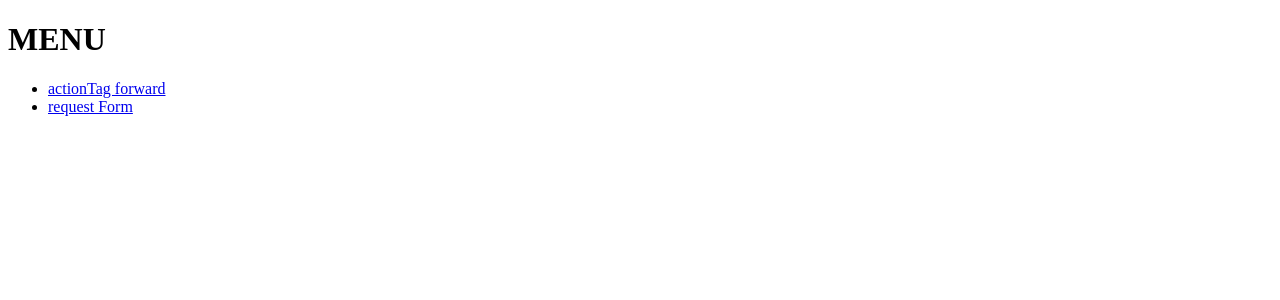
Repository: hhw9797/bitcampjn201904
Page: html/html5/jsp/FirstWeb/WebContent/index.html
These files come from the project's save history. The page is drawn as it stood at one moment and after the next save; the edit follows.
The browser window is 1280 px wide. The pictures show the whole page.

Above is the page before, as saved 2019-06-20 07:14:52.

### html/html5/jsp/FirstWeb/WebContent/index.html
<!DOCTYPE html>
<html>
<head>
<meta charset="UTF-8">
<title>혜오니의 페이지</title>
<!-- jQuery CDN 1.12.4 -->
<script src="https://code.jquery.com/jquery-1.12.4.js"></script>


<!-- 스타일 시작 -->
<style>

</style>
<!-- 스타일 끝 -->

</head>
<body>
	<h1>MENU</h1>
	<ul>

		<li><a href="actiontag/select.jsp">actionTag forward</a>
		<li><a href="request/form.jsp">request Form</a>
	</ul>
</body>
</html>

After the next save:
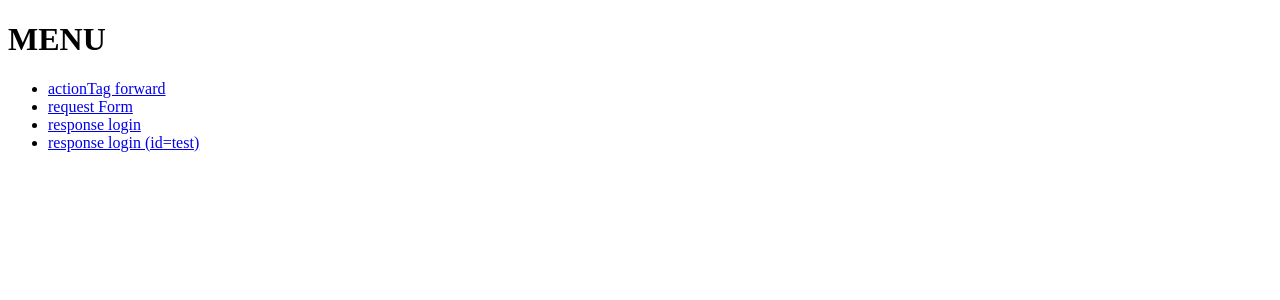
Saved 81 s later.
--- a/html/html5/jsp/FirstWeb/WebContent/index.html
+++ b/html/html5/jsp/FirstWeb/WebContent/index.html
@@ -18,8 +18,10 @@
 	<h1>MENU</h1>
 	<ul>
 
-		<li><a href="actiontag/select.jsp">actionTag forward</a>
-		<li><a href="request/form.jsp">request Form</a>
+		<li><a href="actiontag/select.jsp">actionTag forward</a></li>
+		<li><a href="request/form.jsp">request Form</a></li>
+		<li><a href="response/login.jsp">response login</a></li>
+		<li><a href="response/login.jsp?id=test">response login (id=test)</a></li>
 	</ul>
 </body>
 </html>
